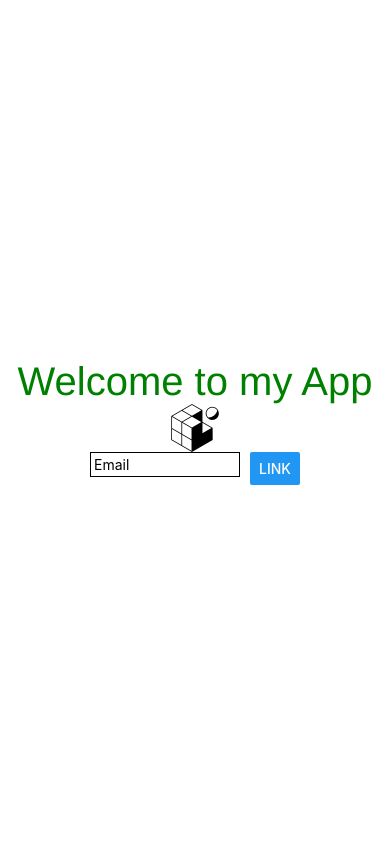
Repository: ntu34543/ReactNativeAndroid
Screen: /
The author's editor kept a copy of each file at every save. The screen is drawn from the files as they stood at one save, then again after the next save.
The app was drawn by React Native's web renderer in a window 390 px wide. The project was rebuilt for these pictures with package versions that can differ from the ones it lists, and the page was loaded fresh each time.

Above is the screen before, as saved 2022-09-23 16:53:46.

After the next save:
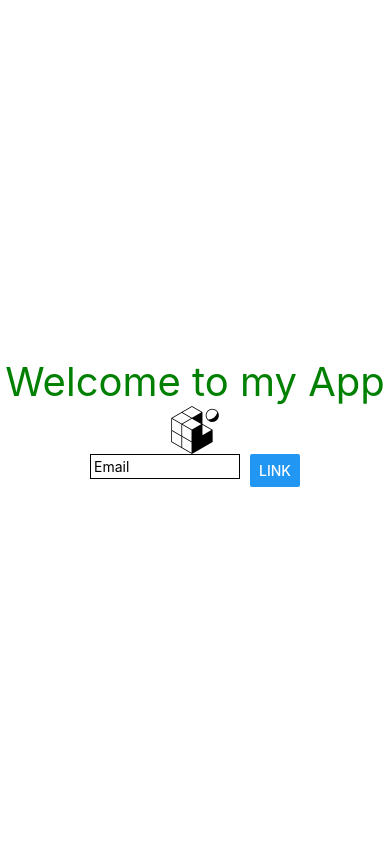
Saved 4 s later.
--- a/App.js
+++ b/App.js
@@ -43,6 +43,5 @@ const styles = StyleSheet.create({
   text: {
     fontSize: 40,
     color: 'green',
-    fontFamily: 'Helvetica',
   }
 });
